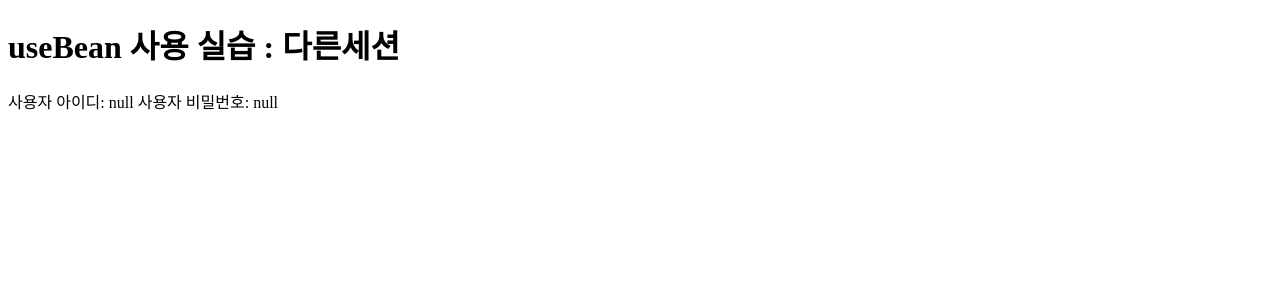
Repository: jb7959/struts_jsp_study
Page: http://localhost/08Chapter_useBean/useBean3.jsp
The author's editor kept a copy of each file at every save. The page is drawn from the files as they stood at one save, then again after a run of saves.
The browser window is 1280 px wide. The pictures show the whole page.
The page is served by Tomcat 9.

Above is the page before, as saved 2015-10-01 04:59:33.

After the next 2 saves:
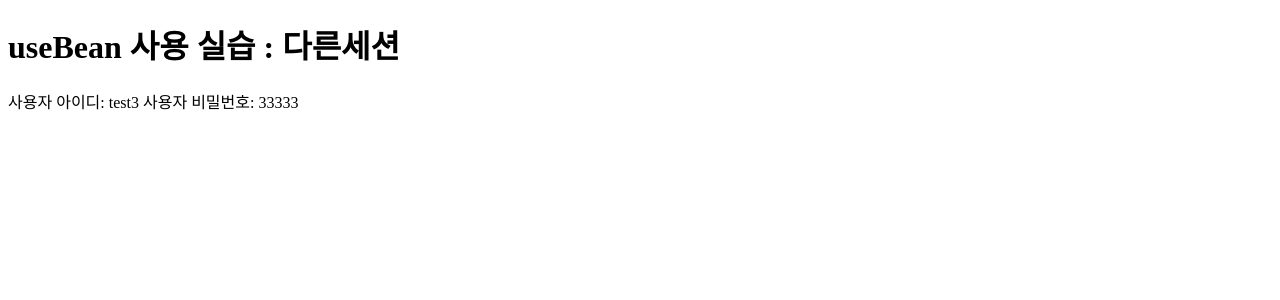
The 2 saves are shown as one change because 1 did not build or start.
The last was saved 6 min 45 s later.
--- a/08Chapter_useBean/WebContent/useBean3.jsp
+++ b/08Chapter_useBean/WebContent/useBean3.jsp
@@ -3,6 +3,9 @@
 <!DOCTYPE html PUBLIC "-//W3C//DTD HTML 4.01 Transitional//EN" "http://www.w3.org/TR/html4/loose.dtd">
 <html>
 <jsp:useBean id="myBean" class="com.bean.LoginBean" scope="session" /> <!-- 액션태그 사용 -->
+<!-- 액션태그를 사용하여 프로퍼티 초기화 기능 구현 -->
+<jsp:setProperty name="myBean" property="userid" value="test3" />
+<jsp:setProperty name="myBean" property="passwd" value="33333" />
 <head>
 <meta http-equiv="Content-Type" content="text/html; charset=EUC-KR">
 	<title>useBean 실습</title>
